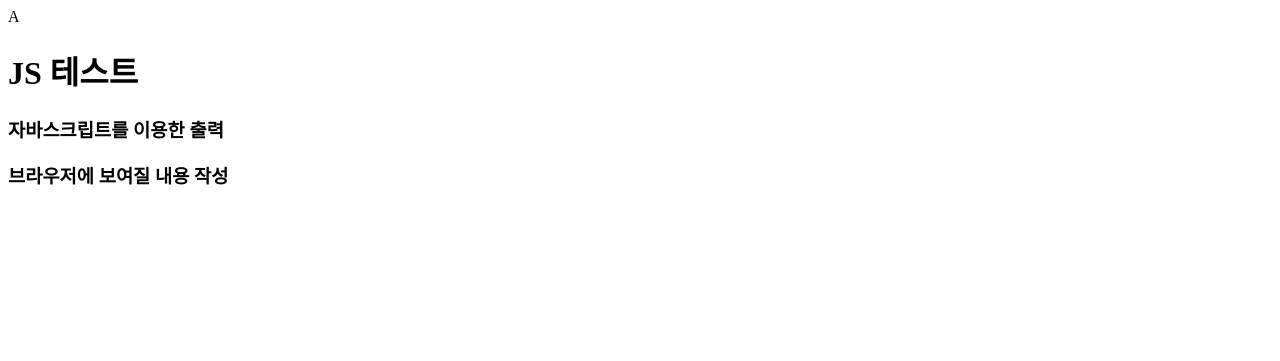
Repository: Baechangho/JavaBasic
Page: workspace_web/Front/src/main/webapp/js/js_01.html
These files come from the project's save history. The page is drawn as it stood at one moment and after the next save; the edit follows.
The browser window is 1280 px wide. The pictures show the whole page.

Above is the page before, as saved 2023-08-04 01:02:06.

### workspace_web/Front/src/main/webapp/js/js_01.html
<!DOCTYPE html>
<html>
<head>
<meta charset="UTF-8">
<title>Insert title here</title>
<script type="text/javascript">
//한 줄 주석
/* 문장 주석 */

//------------------------------------------------

//출력1. 알림창 띄우기 - alert() 함수

/* alert();
alert(123);
alert(123.456);
alert("Hello");
alert('Hi'); */

// 자바스크립트의 실행코드에는
// ;세미콜론을 코드 마지막에 적는 것이
// 필수가 아니다

//------------------------------------------------

//출력2. <body>영역에 출력하기

document.write('Hello Javascript')
document.write('<h3>하이</h3>')
document.write('<h5>태그 코드 적용</h5>')
document.write('<hr>')

document.body.innerHTML = 'A'






</script>
</head>
<body>

<h1>JS 테스트</h1>
<h3>자바스크립트를 이용한 출력</h3>
<h3>브라우저에 보여질 내용 작성</h3>



</body>
</html>

After the next save:
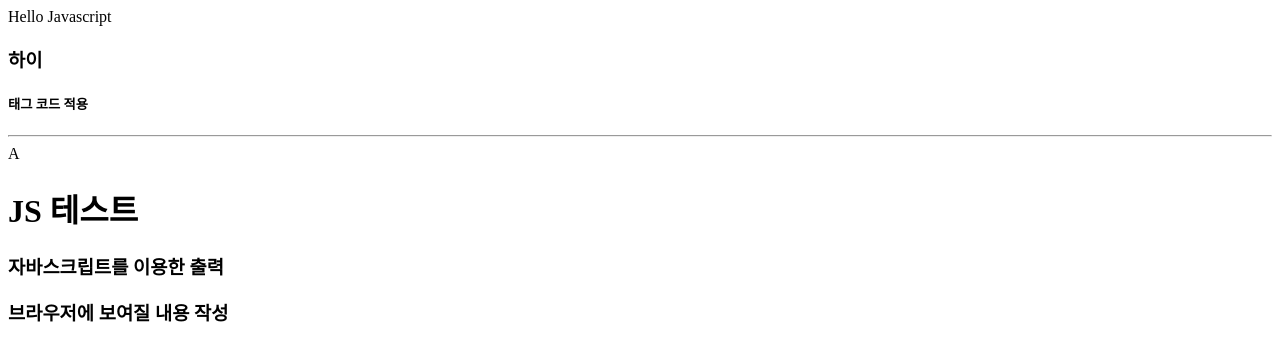
Saved 28 s later.
--- a/workspace_web/Front/src/main/webapp/js/js_01.html
+++ b/workspace_web/Front/src/main/webapp/js/js_01.html
@@ -30,7 +30,7 @@ document.write('<h3>하이</h3>')
 document.write('<h5>태그 코드 적용</h5>')
 document.write('<hr>')
 
-document.body.innerHTML = 'A'
+document.body.innerHTML += 'A'
 
 
 
